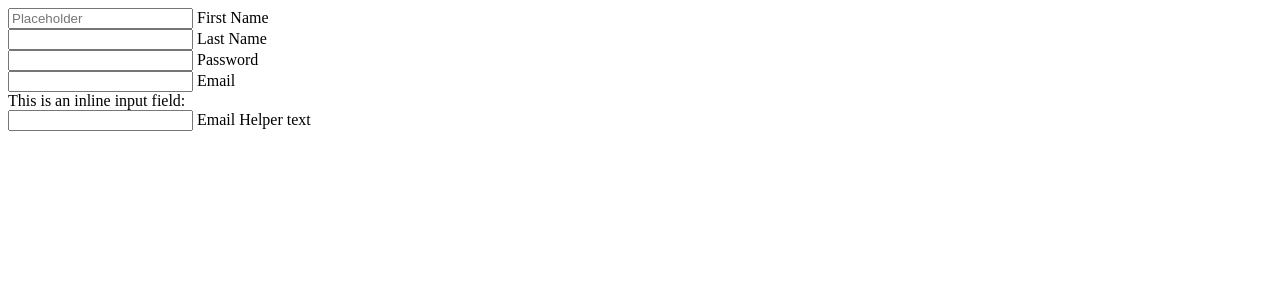
Repository: thodnett/book-store
Page: http://localhost/register
The author's editor kept a record of every edit. The page is drawn from the files as they stood at one moment, then again after the next edit.
The browser window is 1280 px wide. The pictures show the whole page.
The page is served by the project's application, run on Flask 3 (app.py).

Above is the page before.

After the next edit:
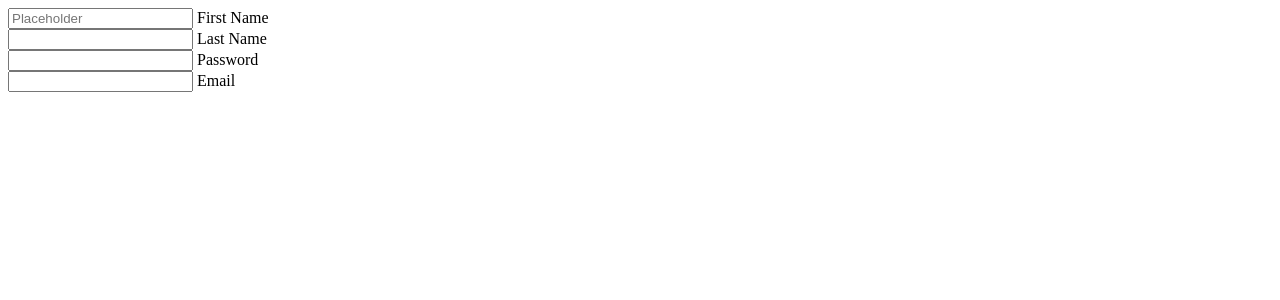
The edit:
--- a/templates/register.html
+++ b/templates/register.html
@@ -22,15 +22,5 @@
           <label for="email">Email</label>
         </div>
       </div>
-      <div class="row">
-        <div class="col s12">
-          This is an inline input field:
-          <div class="input-field inline">
-            <input id="email_inline" type="email" class="validate">
-            <label for="email_inline">Email</label>
-            <span class="helper-text" data-error="wrong" data-success="right">Helper text</span>
-          </div>
-        </div>
-      </div>
     </form>
   </div>
